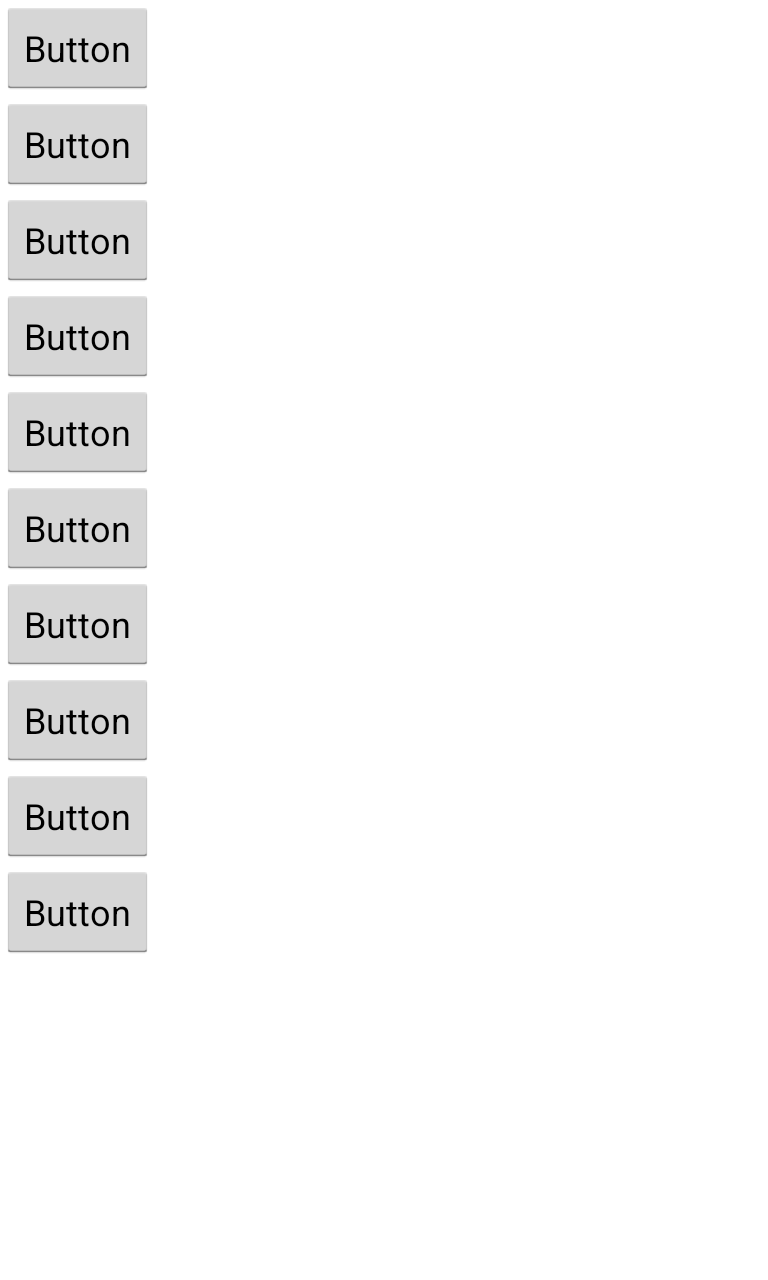
Repository: aojue/HappyAA
Layout: HappyAA/res/layout/tell_history.xml
These files come from the project's save history. The layout is drawn as it stood at one moment and after the next save; the edit follows.
It is drawn on a 768 x 1280 px phone screen (xhdpi) without system bars, with theme AppTheme; the app's code is not run.

Above is the layout before, as saved 2014-10-24 15:00:56.

After the next save:
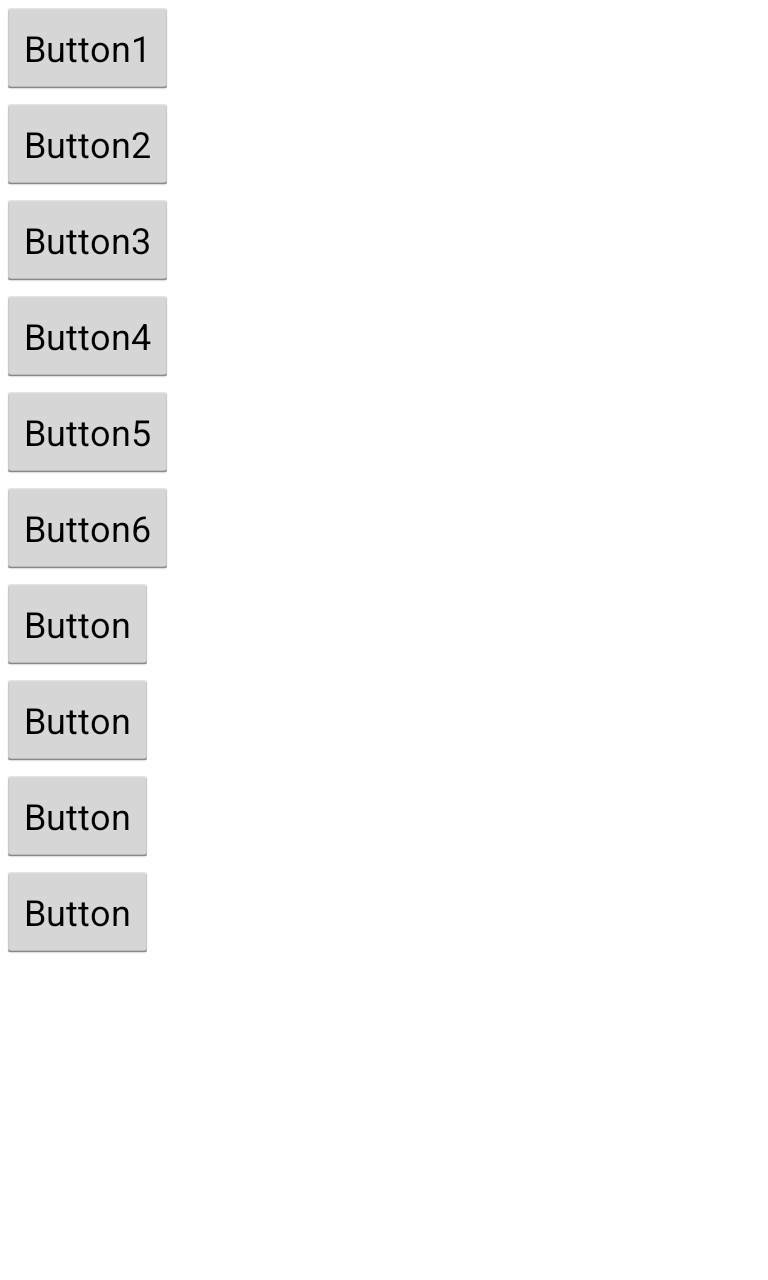
Saved 25 s later.
--- a/HappyAA/res/layout/tell_history.xml
+++ b/HappyAA/res/layout/tell_history.xml
@@ -20,37 +20,37 @@
                 android:id="@+id/button1"
                 android:layout_width="wrap_content"
                 android:layout_height="wrap_content"
-                android:text="Button" />
+                android:text="Button1" />
 
             <Button
                 android:id="@+id/button2"
                 android:layout_width="wrap_content"
                 android:layout_height="wrap_content"
-                android:text="Button" />
+                android:text="Button2" />
 
             <Button
                 android:id="@+id/button3"
                 android:layout_width="wrap_content"
                 android:layout_height="wrap_content"
-                android:text="Button" />
+                android:text="Button3" />
 
             <Button
                 android:id="@+id/button4"
                 android:layout_width="wrap_content"
                 android:layout_height="wrap_content"
-                android:text="Button" />
+                android:text="Button4" />
 
             <Button
                 android:id="@+id/button5"
                 android:layout_width="wrap_content"
                 android:layout_height="wrap_content"
-                android:text="Button" />
+                android:text="Button5" />
 
             <Button
                 android:id="@+id/button6"
                 android:layout_width="wrap_content"
                 android:layout_height="wrap_content"
-                android:text="Button" />
+                android:text="Button6" />
 
             <Button
                 android:id="@+id/button7"
